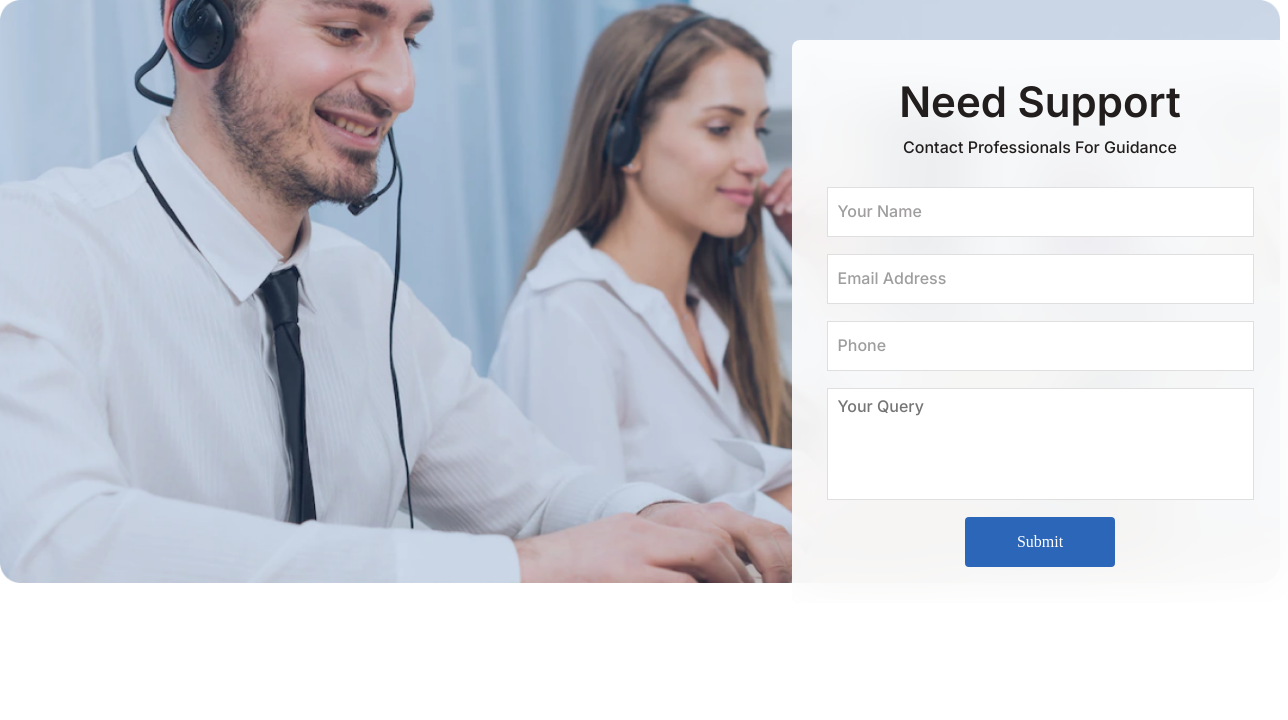
Repository: FaridRustamov09/Final-Task
Page: Pages/supportPage/index.html
An editor plug-in stored every save of this project. The page is shown before and after the next save, followed by the edit.
The browser window is 1280 px wide. The page is 1288 px wide, so the pictures cover 1288 px, including what lies to the right of the window. The pictures show the whole page.
The style sheet was rebuilt from its Sass, Less or Tailwind sources for each picture, by a compiler version that may differ from the author's.

Above is the page before, as saved 2024-07-14 20:44:33.

### Pages/supportPage/index.html
<!DOCTYPE html>
<html lang="en">
  <head>
    <meta charset="UTF-8" />
    <meta name="viewport" content="width=device-width, initial-scale=1.0" />
    <title>Document</title>
    <link rel="stylesheet" href="index.css" />
  </head>
  <body>
    <div class="container5">
      <div class="support">
        <form action="">
          <b>Need Support</b>
          <p>Contact professionals for guidance</p>
          <input placeholder="Your Name" type="text" />
          <input placeholder="Email Address" type="email" />
          <input placeholder="Phone" type="number" />
          <textarea placeholder="Your Query" name="" id=""></textarea>
          <button type="submit">Submit</button>
        </form>
      </div>
    </div>
  </body>
</html>

### Pages/supportPage/index.scss
@import url("https://fonts.googleapis.com/css2?family=Inter:wght@100..900&display=swap");
* {
  margin: 0;
  padding: 0;
  box-sizing: border-box;
}
.container5 {
  width: 100%;
  background-image: url(../../images/Rectangle\ 39.png);
  background-repeat: no-repeat;
  background-size: 100%;
  min-height: 100vh;
  .support {
    margin-left: 800px;
    padding-top: 40px;
    display: flex;
    flex-direction: column;
    align-items: center;
    justify-content: center;
    form {
      width: 496px;
      height: 563px;
      border-radius: 8px;
      background: rgba(255, 255, 255, 0.9);
      backdrop-filter: blur(25px);
      display: flex;
      flex-direction: column;
      align-items: center;
      justify-content: center;
      b {
        color: var(--black, #221e1e);
        font-family: Inter;
        font-size: 42px;
        font-style: normal;
        font-weight: 600;
        line-height: normal;
        margin-bottom: 10px;
      }
      p {
        color: var(--black, #221e1e);
        text-align: center;
        font-family: Inter;
        font-size: 16px;
        font-style: normal;
        font-weight: 500;
        line-height: normal;
        text-transform: capitalize;
        margin-bottom: 30px;
      }
      input {
        width: 427px;
        height: 50px;
        border: 1px solid #dfdfdf;
        padding: 7px 10px;
        outline: none;
        margin-bottom: 17px;
        &::placeholder {
          color: #9f9d9d;
          font-family: Inter;
          font-size: 16px;
          font-style: normal;
          font-weight: 500;
          line-height: normal;
          text-transform: capitalize;
        }
      }
      textarea {
        width: 427px;
        height: 112px;
        border: 1px solid #dfdfdf;
        resize: none;
        outline: none;
        padding: 7px 10px;
        margin-bottom: 17px;
        color: #9f9d9d;
        font-family: Inter;
        font-size: 16px;
        font-style: normal;
        font-weight: 500;
        line-height: normal;
        text-transform: capitalize;
      }
      button {
        width: 150px;
        height: 50px;
        background-color: #2c66b8;
        border: none;
        border-radius: 4px;
        color: #fff;
        font-family: Poppins;
        font-size: 16px;
        font-style: normal;
        font-weight: 500;
        line-height: normal;
        text-transform: capitalize;
      }
    }
  }
}

After the next save:
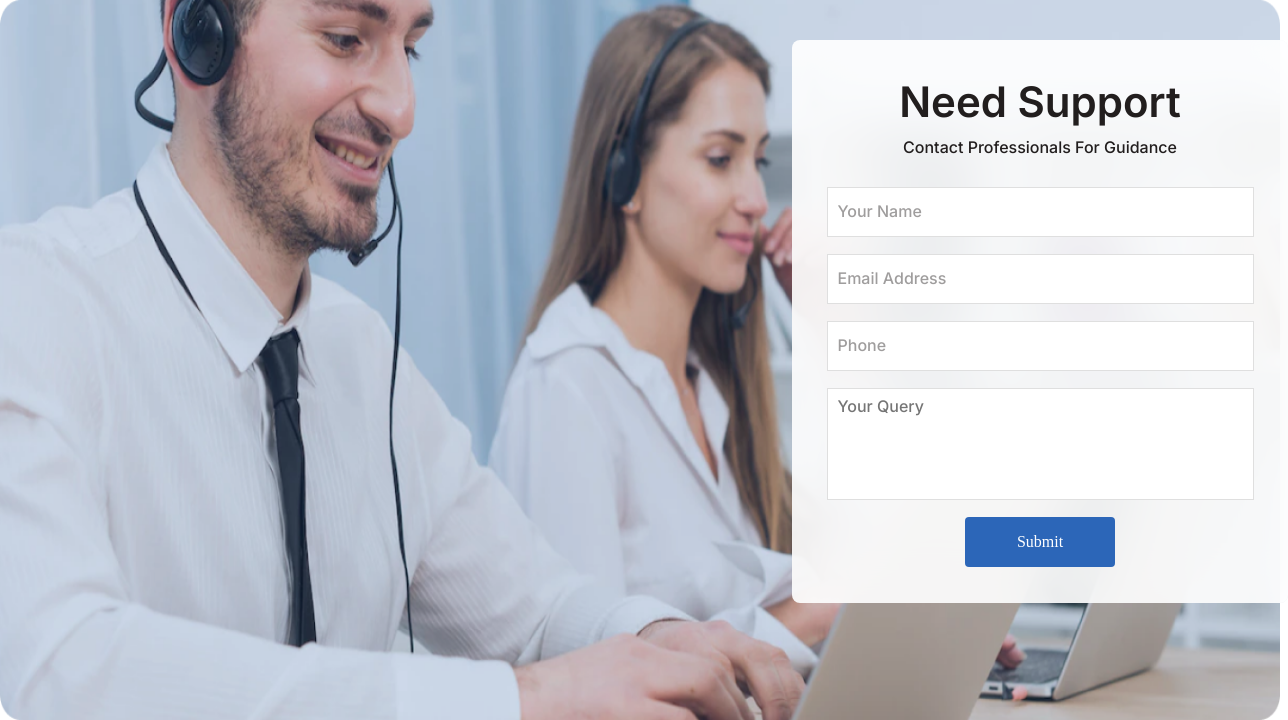
Saved 6 s later.
--- a/Pages/supportPage/index.scss
+++ b/Pages/supportPage/index.scss
@@ -8,7 +8,7 @@
   width: 100%;
   background-image: url(../../images/Rectangle\ 39.png);
   background-repeat: no-repeat;
-  background-size: 100%;
+  background-size: 100% 100%;
   min-height: 100vh;
   .support {
     margin-left: 800px;
